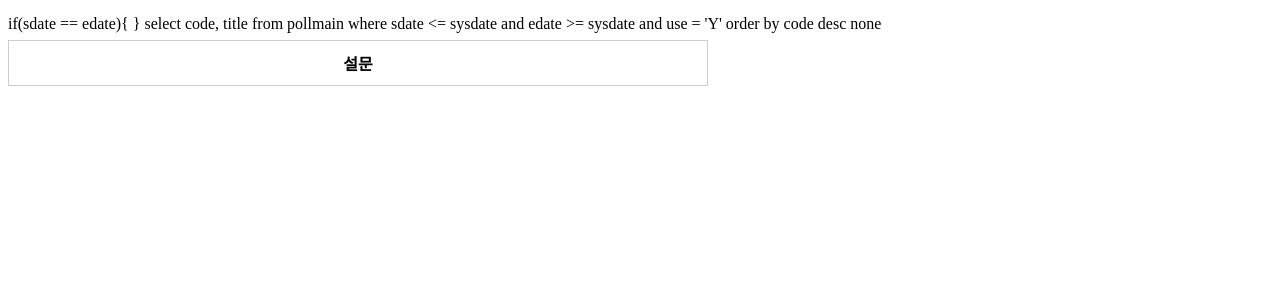
Repository: kgh2037/study
Page: http://localhost/project_servlet1/poll/main.jsp
An editor plug-in stored every save of this project. The page is shown before and after the next save, followed by the edit.
The browser window is 1280 px wide. The pictures show the whole page.
The page is served by Tomcat 9. Queries for data that is not in the repository find no rows.

Above is the page before, as saved 2023-07-10 04:50:03.

After the next save:
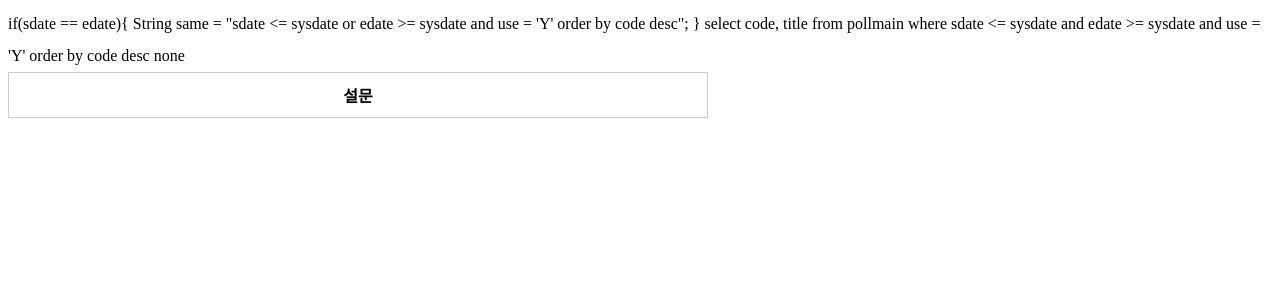
Saved 47 s later.
--- a/project_servlet1/src/main/webapp/poll/main.jsp
+++ b/project_servlet1/src/main/webapp/poll/main.jsp
@@ -15,6 +15,7 @@ String edate = rs2.getString("edate");
 %>
 	if(sdate == edate){
 
+	String same = "sdate <= sysdate or edate >= sysdate and use = 'Y' order by code desc";
 	}
 
 
